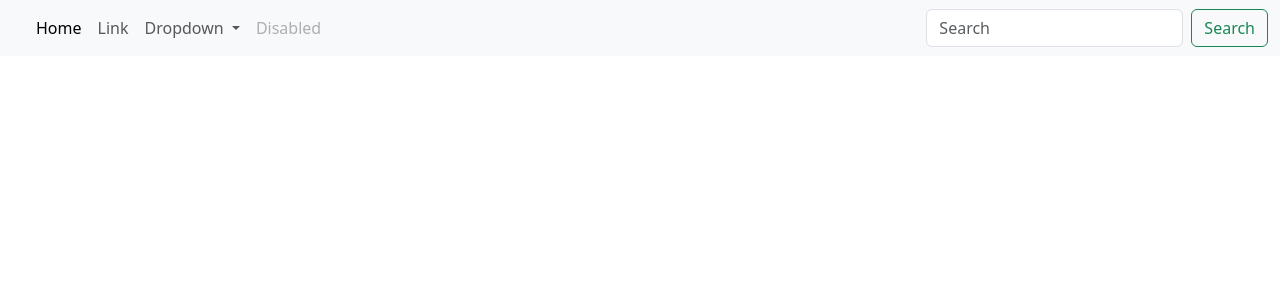
Repository: kasundiudn/Jay-Travel
Page: index.html
An editor plug-in stored every save of this project. The page is shown before and after a run of saves, followed by the edit.
The browser window is 1280 px wide. The pictures show the whole page.

Above is the page before, as saved 2025-06-26 08:34:15.

### index.html
<!doctype html>
<html lang="en">
  <head>
    <meta charset="utf-8">
    <meta name="viewport" content="width=device-width, initial-scale=1">
    <title>Bootstrap demo</title>
    <link href="https://cdn.jsdelivr.net/npm/bootstrap@5.3.7/dist/css/bootstrap.min.css" rel="stylesheet" integrity="sha384-LN+7fdVzj6u52u30Kp6M/trliBMCMKTyK833zpbD+pXdCLuTusPj697FH4R/5mcr" crossorigin="anonymous">
  </head>
  <body>
<header>
    <nav class="navbar navbar-expand-lg bg-body-tertiary">
  <div class="container-fluid">
    <a class="navbar-brand" href="#"></a>
    <button class="navbar-toggler" type="button" data-bs-toggle="collapse" data-bs-target="#navbarSupportedContent" aria-controls="navbarSupportedContent" aria-expanded="false" aria-label="Toggle navigation">
      <span class="navbar-toggler-icon"></span>
    </button>
    <div class="collapse navbar-collapse" id="navbarSupportedContent">
      <ul class="navbar-nav me-auto mb-2 mb-lg-0">
        <li class="nav-item">
          <a class="nav-link active" aria-current="page" href="#">Home</a>
        </li>
        <li class="nav-item">
          <a class="nav-link" href="#">Link</a>
        </li>
        <li class="nav-item dropdown">
          <a class="nav-link dropdown-toggle" href="#" role="button" data-bs-toggle="dropdown" aria-expanded="false">
            Dropdown
          </a>
          <ul class="dropdown-menu">
            <li><a class="dropdown-item" href="#">Action</a></li>
            <li><a class="dropdown-item" href="#">Another action</a></li>
            <li><hr class="dropdown-divider"></li>
            <li><a class="dropdown-item" href="#">Something else here</a></li>
          </ul>
        </li>
        <li class="nav-item">
          <a class="nav-link disabled" aria-disabled="true">Disabled</a>
        </li>
      </ul>
      <form class="d-flex" role="search">
        <input class="form-control me-2" type="search" placeholder="Search" aria-label="Search"/>
        <button class="btn btn-outline-success" type="submit">Search</button>
      </form>
    </div>
  </div>
</nav>
</header>

    <script src="https://cdn.jsdelivr.net/npm/@popperjs/core@2.11.8/dist/umd/popper.min.js" integrity="sha384-I7E8VVD/ismYTF4hNIPjVp/Zjvgyol6VFvRkX/vR+Vc4jQkC+hVqc2pM8ODewa9r" crossorigin="anonymous"></script>
<script src="https://cdn.jsdelivr.net/npm/bootstrap@5.3.7/dist/js/bootstrap.min.js" integrity="sha384-7qAoOXltbVP82dhxHAUje59V5r2YsVfBafyUDxEdApLPmcdhBPg1DKg1ERo0BZlK" crossorigin="anonymous"></script>
  </body>
</html>

After the next 2 saves:
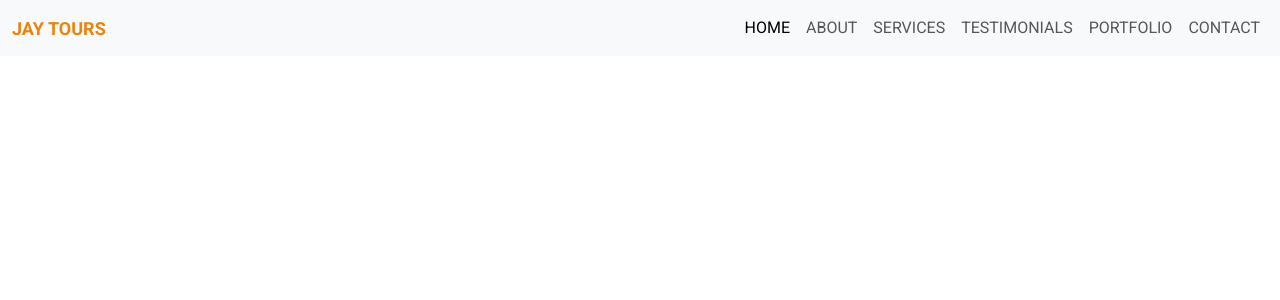
The 2 saves are shown as one change because they came seconds apart.
The last was saved 6 s later.
--- a/index.html
+++ b/index.html
@@ -4,43 +4,43 @@
     <meta charset="utf-8">
     <meta name="viewport" content="width=device-width, initial-scale=1">
     <title>Bootstrap demo</title>
+    <link rel="preconnect" href="https://fonts.googleapis.com">
+    <link rel="preconnect" href="https://fonts.gstatic.com" crossorigin>
+    <link href="https://fonts.googleapis.com/css2?family=Roboto:ital,wght@0,100..900;1,100..900&display=swap" rel="stylesheet">
     <link href="https://cdn.jsdelivr.net/npm/bootstrap@5.3.7/dist/css/bootstrap.min.css" rel="stylesheet" integrity="sha384-LN+7fdVzj6u52u30Kp6M/trliBMCMKTyK833zpbD+pXdCLuTusPj697FH4R/5mcr" crossorigin="anonymous">
+  <style>
+    header{  font-family: "Roboto", sans-serif;
+           }
+  </style>
   </head>
   <body>
 <header>
-    <nav class="navbar navbar-expand-lg bg-body-tertiary">
+    <nav class="navbar navbar-expand-lg bg-body-tertiary" style="background-color: blue;">
   <div class="container-fluid">
-    <a class="navbar-brand" href="#"></a>
+    <a class="navbar-brand" href="#" style="color: #eb830c; font-weight: bold; font-size:large;">JAY TOURS</a>
     <button class="navbar-toggler" type="button" data-bs-toggle="collapse" data-bs-target="#navbarSupportedContent" aria-controls="navbarSupportedContent" aria-expanded="false" aria-label="Toggle navigation">
       <span class="navbar-toggler-icon"></span>
     </button>
-    <div class="collapse navbar-collapse" id="navbarSupportedContent">
-      <ul class="navbar-nav me-auto mb-2 mb-lg-0">
+    <div class="collapse navbar-collapse justify-content-end" id="navbarSupportedContent">
+      <ul class="navbar-nav mb-2 mb-lg-0">
         <li class="nav-item">
-          <a class="nav-link active" aria-current="page" href="#">Home</a>
+          <a class="nav-link active" aria-current="page" href="#">HOME</a>
         </li>
         <li class="nav-item">
-          <a class="nav-link" href="#">Link</a>
+          <a class="nav-link" href="#">ABOUT</a>
         </li>
-        <li class="nav-item dropdown">
-          <a class="nav-link dropdown-toggle" href="#" role="button" data-bs-toggle="dropdown" aria-expanded="false">
-            Dropdown
-          </a>
-          <ul class="dropdown-menu">
-            <li><a class="dropdown-item" href="#">Action</a></li>
-            <li><a class="dropdown-item" href="#">Another action</a></li>
-            <li><hr class="dropdown-divider"></li>
-            <li><a class="dropdown-item" href="#">Something else here</a></li>
-          </ul>
+         <li class="nav-item">
+          <a class="nav-link" href="#">SERVICES</a>
         </li>
-        <li class="nav-item">
-          <a class="nav-link disabled" aria-disabled="true">Disabled</a>
+         <li class="nav-item">
+          <a class="nav-link" href="#">TESTIMONIALS</a>
         </li>
-      </ul>
-      <form class="d-flex" role="search">
-        <input class="form-control me-2" type="search" placeholder="Search" aria-label="Search"/>
-        <button class="btn btn-outline-success" type="submit">Search</button>
-      </form>
+         <li class="nav-item">
+          <a class="nav-link" href="#">PORTFOLIO</a>
+        </li>
+         <li class="nav-item">
+          <a class="nav-link" href="#">CONTACT</a>
+        </li>
     </div>
   </div>
 </nav>
